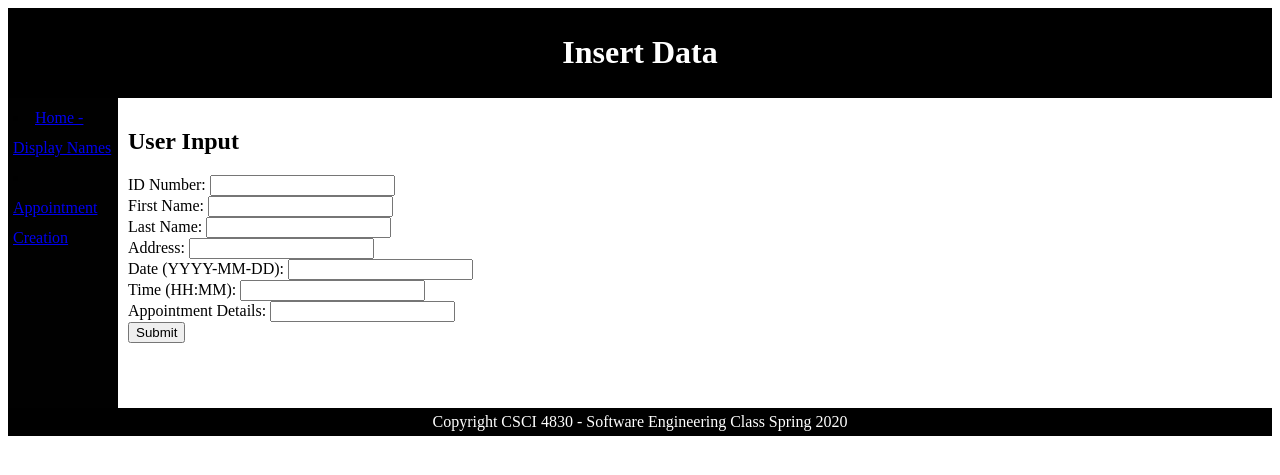
Repository: Doniico/G1_ODM
Page: workspaceCSCI4830-teamproject/teamproject/WebContent/simpleInsertHB.html
These files come from the project's save history. The page is drawn as it stood at one moment and after the next save; the edit follows.
The browser window is 1280 px wide. The pictures show the whole page.

Above is the page before, as saved 2020-04-02 05:16:01.
Console error: ReferenceError: $ is not defined

### workspaceCSCI4830-teamproject/teamproject/WebContent/simpleInsertHB.html
<html>
<head>
  <script src = "/teamproject/ODMjs.js"></script>
<style>
header {
    background-color:black;
    color:white;
    text-align:center;
    padding:5px;
}
nav {
    line-height:30px;
    background-color:#010101;
    height:300px;
    width:100px;
    float:left;
    padding:5px;
}
section {
    width:350px;
    float:left;
    padding:10px;
}
footer {
    background-color:black;
    color:white;
    clear:both;
    text-align:center;
    padding:5px;
}
</style>

</head>

<body>
<header>
<h1> Insert Data</h1>
</header>

<nav>
	<li><a href = "/teamproject/simpleSearchHB.html">Home - Display Names</a></li>
	<li><a href = "/teamproject/simpleInsertHB.html">Appointment Creation</a></li>
</nav>

<section>
	<h1>User Input</h1>

	<form action="SimpleInsertHB" method="POST">

		ID Number: <input type="number" name="id"> <br />
		First Name: <input type="text" name="firstName"> <br />
		Last Name: <input type="text" name="lastName"> <br />
		Address: <input type="text" name="address"> <br />
		Date (YYYY-MM-DD): <input type="text" name="date"> <br />
		Time (HH:MM): <input type="text" name="time"> <br />
		Appointment Details: <input type="text" name="details"> <br />

		<input type="submit" value="Submit" />
	</form>

</section>

<footer>
Copyright CSCI 4830 - Software Engineering Class Spring 2020
</footer>
</body>
</html>

### workspaceCSCI4830-teamproject/teamproject/WebContent/ODMjs.js
$(document).ready(function() {
    var i = 0;
    $(".scrollList > li").each(function () {
          $(this).css("top", i);
          i += 60;
          window.scrollList($(this));
    });
});

window.scrollList = function($elem) {
    var top = parseInt($elem.css("top"));
    var temp = -1 * $('.scrollList > li').height();
    if(top < temp) {
        top = $('.scrollList').height()
        $elem.css("top", top);
    }
    $elem.animate({ top: (parseInt(top)-60) }, 600, function () {
      window.scrollList($(this))
    });
}

After the next save:
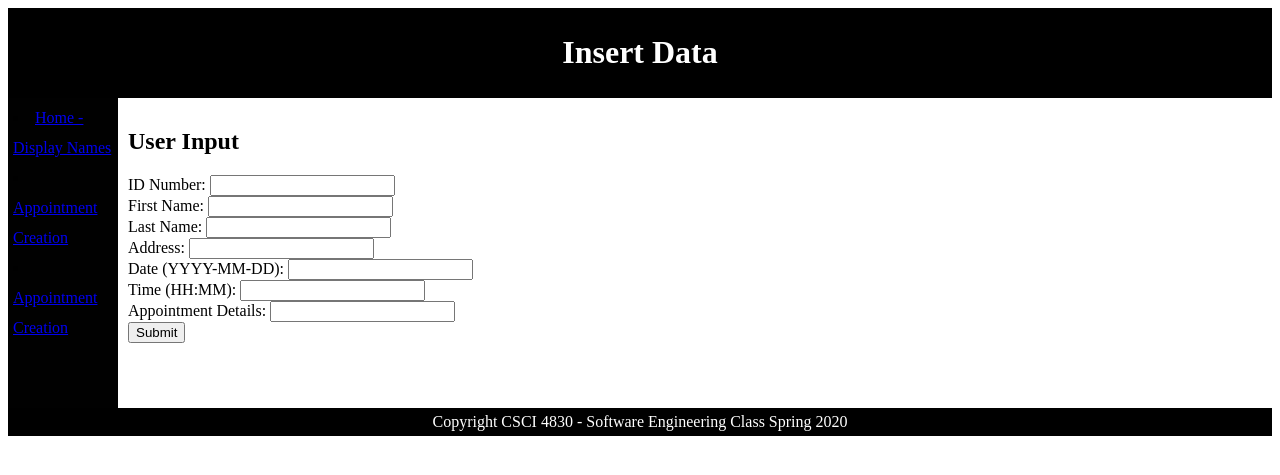
The error is gone.
Saved 56 s later.
--- a/workspaceCSCI4830-teamproject/teamproject/WebContent/simpleInsertHB.html
+++ b/workspaceCSCI4830-teamproject/teamproject/WebContent/simpleInsertHB.html
@@ -1,6 +1,5 @@
 <html>
 <head>
-  <script src = "/teamproject/ODMjs.js"></script>
 <style>
 header {
     background-color:black;
@@ -38,7 +37,8 @@ footer {
 </header>
 
 <nav>
-	<li><a href = "/teamproject/simpleSearchHB.html">Home - Display Names</a></li>
+	<li><a href = "/teamproject/Appointment Creation.html">Home - Display Names</a></li>
+	<li><a href = "/teamproject/simpleInsertHB.html">Appointment Creation</a></li>
 	<li><a href = "/teamproject/simpleInsertHB.html">Appointment Creation</a></li>
 </nav>
 
